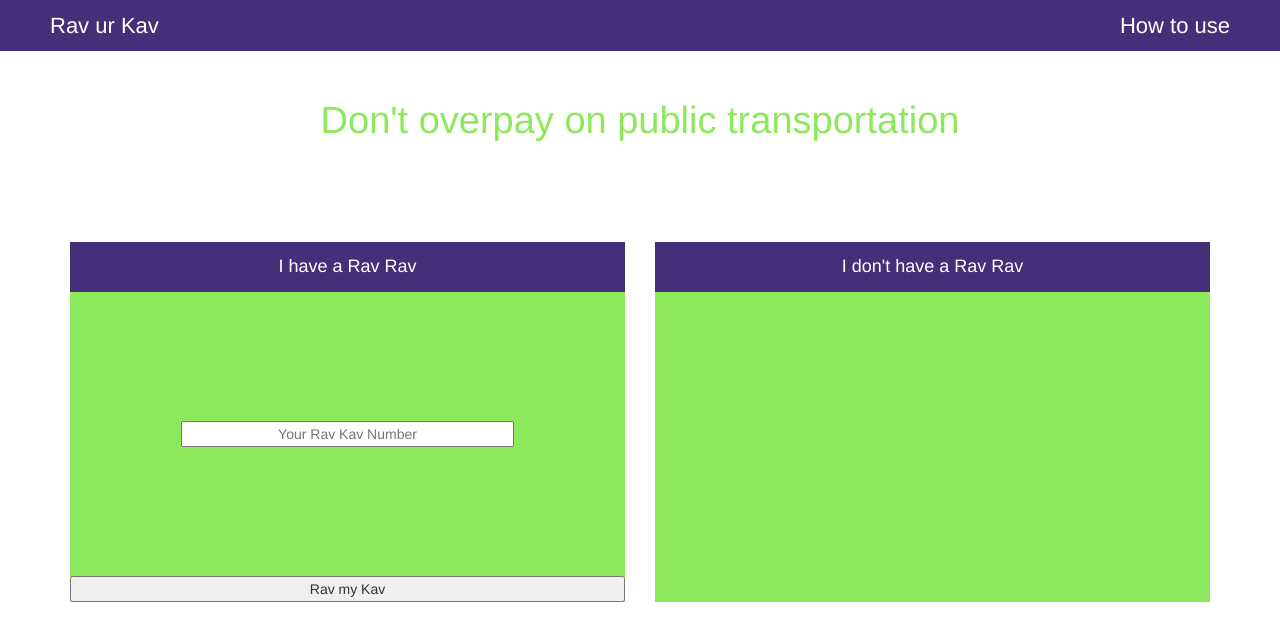
Repository: Louhla/Rav-ur-Kav
Page: index.html
The author's editor kept a copy of each file at every save. The page is drawn from the files as they stood at one save, then again after a run of saves.
The browser window is 1280 px wide. The pictures show the whole page.

Above is the page before, as saved 2019-07-17 14:39:01.

After the next 5 saves:
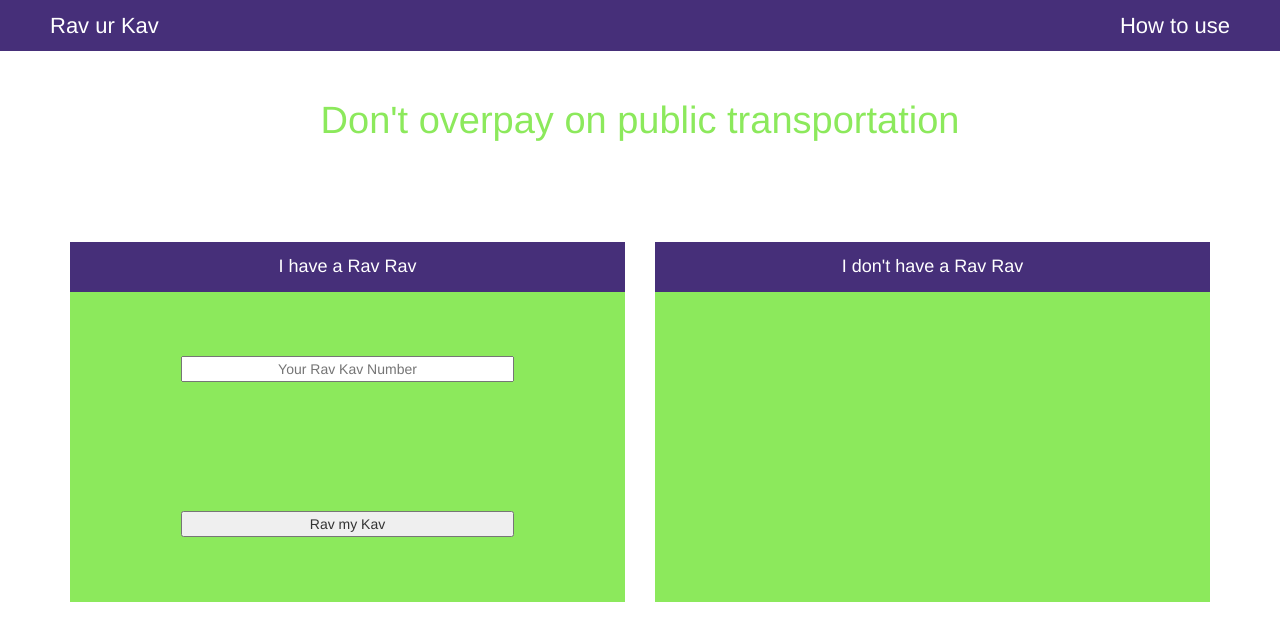
The 5 saves are shown as one change because they came seconds apart.
The last was saved 16 s later.
--- a/css/rav-ur-kav.css
+++ b/css/rav-ur-kav.css
@@ -48,6 +48,7 @@ h1{
     margin: auto;
     text-align: center;
 }
-
+#rav-kav-number-button{
 width: 60%;
 margin: auto;
+}
